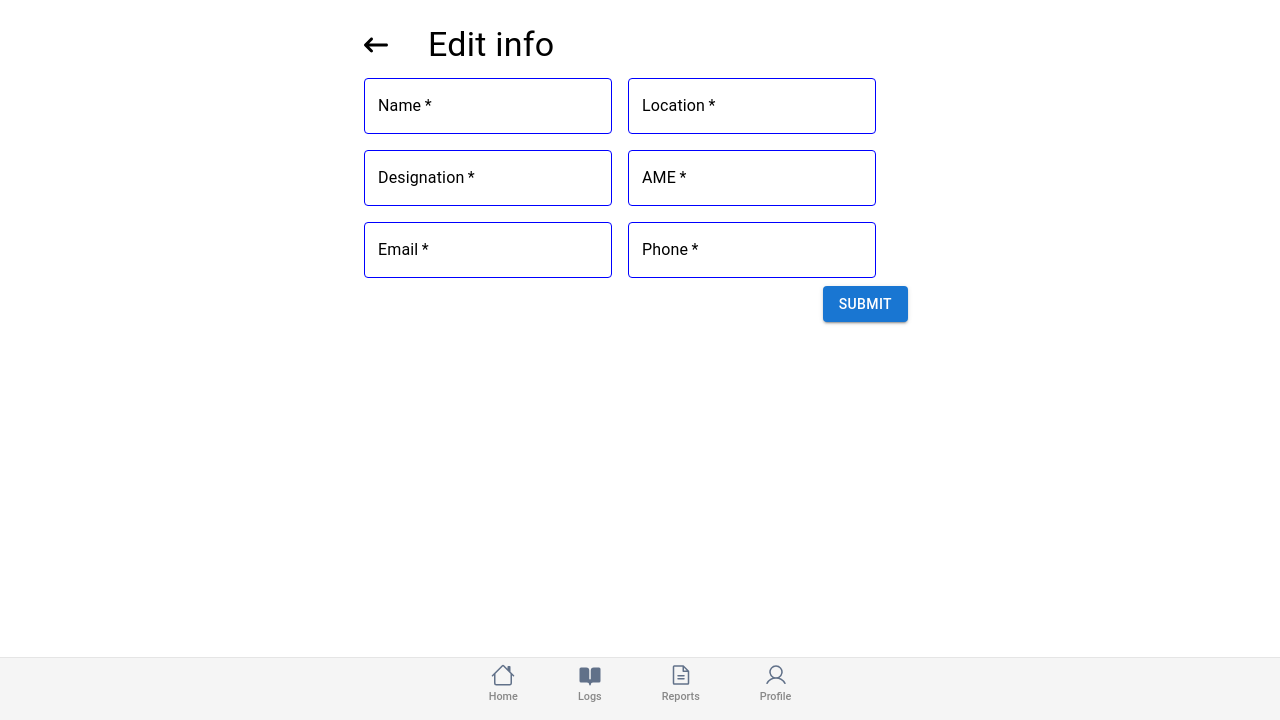
Repository: shash0708/GMR-Lines
Page: /signup (app in frontend/)
The author's editor kept a copy of each file at every save. The page is drawn from the files as they stood at one save, then again after a run of saves.
The browser window is 1280 px wide. The pictures show the whole page.
The page's requests for data from a server got no answer. Some web libraries are served in a nearby version. The project was rebuilt for these pictures with package versions that can differ from the ones it lists, and the page was loaded fresh each time. No one was signed in, and anything a server would have sent is missing. Also part of the build but not shown: frontend/src/components/Home/Car.css, frontend/src/components/Home/Car.jsx, frontend/src/components/hooks/useDocumentTitle.js, frontend/src/components/Home/Home.css, frontend/src/components/Home/Home.component.jsx, frontend/src/components/Form/Form.component.jsx, frontend/src/components/Profile/Profile.jsx, frontend/src/components/Card/Card.jsx and 11 more.

Above is the page before, as saved 2024-10-20 14:52:46.

### frontend/public/index.html
<!DOCTYPE html>
<html lang="en">
  <head>
    <meta charset="utf-8" />
    <link rel="icon" href="%PUBLIC_URL%/favicon.ico" />
    <meta name="viewport" content="width=device-width, initial-scale=1" />
    <meta name="theme-color" content="#000000" />
    <meta name="description" content="Web site created using create-react-app" />
    <link rel="apple-touch-icon" href="%PUBLIC_URL%/logo192.png" />
    <!--
      manifest.json provides metadata used when your web app is installed on a
      user's mobile device or desktop. See https://developers.google.com/web/fundamentals/web-app-manifest/
    -->
    <link rel="manifest" href="%PUBLIC_URL%/manifest.json" />
    <!--
      Notice the use of %PUBLIC_URL% in the tags above.
      It will be replaced with the URL of the `public` folder during the build.
      Only files inside the `public` folder can be referenced from the HTML.

      Unlike "/favicon.ico" or "favicon.ico", "%PUBLIC_URL%/favicon.ico" will
      work correctly both with client-side routing and a non-root public URL.
      Learn how to configure a non-root public URL by running `npm run build`.
    -->
    <link href="https://cdn.jsdelivr.net/npm/bootstrap@5.3.3/dist/css/bootstrap.min.css" rel="stylesheet" integrity="sha384-QWTKZyjpPEjISv5WaRU9OFeRpok6YctnYmDr5pNlyT2bRjXh0JMhjY6hW+ALEwIH" crossorigin="anonymous">
    <link rel="stylesheet" href="https://cdnjs.cloudflare.com/ajax/libs/font-awesome/6.0.0-beta3/css/all.min.css">

    <title>Log Book</title>
  </head>
  <script src="https://cdn.jsdelivr.net/npm/bootstrap@5.3.3/dist/js/bootstrap.bundle.min.js" integrity="sha384-YvpcrYf0tY3lHB60NNkmXc5s9fDVZLESaAA55NDzOxhy9GkcIdslK1eN7N6jIeHz" crossorigin="anonymous"></script>
  <script src="https://cdn.jsdelivr.net/npm/@popperjs/core@2.11.8/dist/umd/popper.min.js" integrity="sha384-I7E8VVD/ismYTF4hNIPjVp/Zjvgyol6VFvRkX/vR+Vc4jQkC+hVqc2pM8ODewa9r" crossorigin="anonymous"></script>
  <script src="https://cdn.jsdelivr.net/npm/bootstrap@5.3.3/dist/js/bootstrap.min.js" integrity="sha384-0pUGZvbkm6XF6gxjEnlmuGrJXVbNuzT9qBBavbLwCsOGabYfZo0T0to5eqruptLy" crossorigin="anonymous"></script>
  <script src="https://cdn.tailwindcss.com?plugins=forms,container-queries"></script>

  <body>
    <noscript>You need to enable JavaScript to run this app.</noscript>
    <div id="root"></div>
    <!--
      This HTML file is a template.
      If you open it directly in the browser, you will see an empty page.

      You can add webfonts, meta tags, or analytics to this file.
      The build step will place the bundled scripts into the <body> tag.

      To begin the development, run `npm start` or `yarn start`.
      To create a production bundle, use `npm run build` or `yarn build`.
    -->
  </body>
</html>

### frontend/src/index.js
import React from 'react';
import ReactDOM from 'react-dom/client';
import './index.css';
import App from './App';
import * as serviceWorkerRegistration from './serviceWorkerRegistration';
import reportWebVitals from './reportWebVitals';
import { ThemeProvider, createTheme } from '@mui/material/styles';

const root = ReactDOM.createRoot(document.getElementById('root'));
const theme = createTheme({
  palette: {
    primary: {
      main: '#1976d2',
    },
    secondary: {
      main: '#dc004e',
    },
  },
});
root.render(
  <React.StrictMode>
      <ThemeProvider theme={theme}>

    <App />
    </ThemeProvider>
  </React.StrictMode>
);

// If you want your app to work offline and load faster, you can change
// unregister() to register() below. Note this comes with some pitfalls.
// Learn more about service workers: https://cra.link/PWA
serviceWorkerRegistration.unregister();

// If you want to start measuring performance in your app, pass a function
// to log results (for example: reportWebVitals(console.log))
// or send to an analytics endpoint. Learn more: https://bit.ly/CRA-vitals
reportWebVitals();

### frontend/src/App.js
import './App.css';
import { useState,useEffect } from 'react';
import { BrowserRouter as Router, Route, Routes } from 'react-router-dom';
import 'primereact/resources/themes/saga-blue/theme.css';
import 'primereact/resources/primereact.min.css';
import { PrimeReactProvider } from 'primereact/api';
import Home from '../src/components/Home/Home.component';
import Form from './components/Form/Form.component';
import { ToastContainer } from 'react-toastify';
import 'react-toastify/dist/ReactToastify.css';
import Profile from './components/Profile/Profile.jsx'
import Cards from './components/Card/Card.component';
import Data from './components/Data/Data.component';
import Navbar from './components/Header/Header.component';
import EditProfile from './components/ProfileEdit/ProEdit.jsx';
import Login from './components/Login/Login.component';
import Signup from './components/SignUp/Signup.component';
import PdfComponent from './components/Pdf/PdfComponent';
import { LogsProvider } from './context/LogContext';
import Footer from './components/Footer/Footer.component';
import { useLocation } from 'react-router-dom';
import Logup from './components/Update/Update.jsx'
const App = () => {
  return (
    <LogsProvider>
      <PrimeReactProvider>
        <Router>
          <Content />
          <ToastContainer /> {/* Place this once in your app */}

        </Router>
      </PrimeReactProvider>
    </LogsProvider>
  );
};

const Content = () => {
  const location = useLocation();
  var [showFooter, setShowFooter] = useState(false);

  // Check if the current path is "/form"
  // showFooter = location.pathname !== "/form" ;
  // showFooter = location.pathname !== "/log/:id";



  // const [showFooter, setShowFooter] = useState(true);

  useEffect(() => {
    // Hide the footer for specific paths
    const hideFooterPaths = ["/form", "/log"];

    // Check if the current path matches any path where the footer should be hidden
    const shouldShowFooter = !hideFooterPaths.some((path) =>
      location.pathname.startsWith(path)
    );

    setShowFooter(shouldShowFooter);
  }, [location.pathname]);


  // This function will check the scroll position
  // const handleScroll = () => {
  //   // Show the footer if the user scrolls down more than 100px
  //   if (window.scrollY > 100) {
  //     setShowFooter(true);
  //   } else {
  //     setShowFooter(false);
  //   }
  // };

  // useEffect(() => {
  //   // Add the scroll event listener when the component mounts
  //   window.addEventListener('scroll', handleScroll);

  //   // Cleanup the event listener when the component unmounts
  //   return () => {
  //     window.removeEventListener('scroll', handleScroll);
  //   };
  // }, []); // Empty dependency array ensures this runs only once when the component mounts


  return (
    <>
      <Routes>
        {/* <Navbar/> */}
        <Route path="/" element={<Home />} />
        <Route path='/login' element={<Login />} />
        <Route path='/signup' element={<Signup />} />
        <Route path="/form" element={<Form />} />
        <Route path="/past-records" element={<Cards />} />
        {/* <Route path="/log/:id" element={<Data />} /> */}
        <Route path="/pdf" element={<PdfComponent />} />
        <Route path="/log/:id"   element={<Logup/>}/>
        <Route path="/profile"  element={<Profile/>}/>
        <Route path="/edit" element={<EditProfile/>}/>
      </Routes>
      {showFooter && <Footer />} {/* Conditionally render the footer */}
    </>
  );
};

export default App;

### frontend/src/App.css
body {
    font-family: 'Roboto', sans-serif;

    background-color: white ;
    background-size: cover;
    min-height: 100vh;

  }

### frontend/src/components/SignUp/Signup.component.jsx
import React, { useState } from 'react';
import axios from 'axios';
import {
  TextField,
  MenuItem,
  Select,
  InputLabel,
  FormControl,
  Button,
  Container,
  Typography,
  Grid,
  DialogActions,
} from '@mui/material';
import { FaArrowLeftLong } from 'react-icons/fa6';
import { useNavigate } from 'react-router-dom';
import { toast } from 'react-toastify';

const Signup = () => {
  const [formState, setFormState] = useState({
    Name: '',
    Location: '',
    Designation: '',
    AME: '',
    Email: '',
    Phone: '',
  });
  const navigate = useNavigate();
  const URL = 'your_api_url_here'; // Replace with your API URL

  // Handle input change
  const handleInputChange = (e) => {
    const { name, value } = e.target;
    setFormState((prevState) => ({ ...prevState, [name]: value }));
  };

  // Function to create a user and store AME in localStorage
  const handleCreateUser = async () => {
    try {
      const response = await axios.post(`${URL}/api/createuser`, formState, {
        headers: {
          'Content-Type': 'application/json',
        },
      });

      // Assuming the response contains the AME in the response data
      const { AME } = response.data;

      // Store AME in localStorage
      localStorage.setItem('AME', AME);

      toast.success('User created successfully!');
      navigate('/profile'); // Redirect to profile or another page after creation
    } catch (error) {
      toast.error('Error creating user');
      console.error('Error creating user:', error);
    }
  };

  return (
    <Container
      maxWidth="sm"
      sx={{
        backgroundColor: 'white',
        padding: 3,
        borderRadius: 2,
        boxShadow: 'none',
      }}
    >
      <Typography
        variant="h4"
        gutterBottom
        sx={{
          color: 'Black',
          textAlign: 'center',
          display: 'flex',
          alignItems: 'center',
          gap: '40px',
        }}
      >
        <FaArrowLeftLong
          style={{ fontSize: '24px' }}
          onClick={() => window.history.back()}
        />
        Edit info
      </Typography>
      <form>
        <Grid container spacing={2}>
          {Object.keys(formState)
            .filter((field) => !['Id', 'createdAt', 'updatedAt', '__v'].includes(field)) // Filter out unwanted fields
            .map((field) =>
              field === 'TOM' || field === 'CPU' ? (
                <Grid item xs={12} key={field}>
                  <FormControl fullWidth>
                    <InputLabel
                      id={`${field}-label`}
                      sx={{ color: 'Black' }}
                    >
                      {field}
                    </InputLabel>
                    <Select
                      labelId={`${field}-label`}
                      id={field}
                      name={field}
                      value={formState[field] || ''} // Ensure the value is set, defaulting to an empty string
                      onChange={handleInputChange}
                      required
                      sx={{
                        '& .MuiSelect-select': {
                          color: 'black',
                          backgroundColor: 'white',
                        },
                        '& .MuiOutlinedInput-notchedOutline': {
                          borderColor: 'blue',
                        },
                        '& .MuiSelect-icon': { color: 'white' },
                        '& .MuiFormLabel-root.Mui-focused': {
                          color: 'white',
                        },
                        '& .MuiOutlinedInput-root.Mui-focused .MuiOutlinedInput-notchedOutline':
                          {
                            borderColor: 'blue',
                          },
                      }}
                    ></Select>
                  </FormControl>
                </Grid>
              ) : (
                <Grid item xs={12} key={field}>
                  <TextField
                    fullWidth
                    label={field}
                    id={field}
                    name={field}
                    value={formState[field] || ''} // Ensure value defaults to empty string to avoid uncontrolled component issues
                    onChange={handleInputChange}
                    required={field !== 'OP'}
                    multiline={field === 'CPU' || field === 'OP'}
                    rows={field === 'CPU' || field === 'OP' ? 4 : 1}
                    sx={{
                      '& .MuiInputBase-root': { color: 'Black' },
                      '& .MuiInputBase-input': { color: 'Black' },
                      '& .MuiFormLabel-root': { color: 'Black' },
                      '& .MuiOutlinedInput-root': {
                        '& fieldset': { borderColor: 'blue' },
                        '&:hover fieldset': { borderColor: 'Black' },
                        '&.Mui-focused fieldset': { borderColor: 'Black' },
                      },
                    }}
                  />
                </Grid>
              )
            )}
        </Grid>
        <DialogActions>
          <Button
            onClick={handleCreateUser}
            color="primary"
            variant="contained"
          >
            Submit
          </Button>
        </DialogActions>
      </form>
    </Container>
  );
};

export default Signup;

### frontend/src/context/LogContext.js
// LogsContext.js
import React, { createContext, useState, useEffect } from 'react';
import axios from 'axios';
import URL from '../components/config';
const LogsContext = createContext();

export const LogsProvider = ({ children }) => {
  const [logs, setLogs] = useState([]);
  const [filteredLogs, setFilteredLogs] = useState([]);
  const [searchTerm, setSearchTerm] = useState('');
  const [selectedLogs, setSelectedLogs] = useState([]);

  useEffect(() => {
    const fetchLogs = async () => {
      try {
        const response = await axios.get(`${URL}/getlogs/entries`, {
          headers: {
            'auth-token': localStorage.getItem('token'),
          },
        });

        setLogs(response.data);
        setFilteredLogs(response.data);
      } catch (error) {
        console.error('Error fetching logs:', error);
      }
    };
    fetchLogs();
  }, []);

  useEffect(() => {
    const handleSearch = () => {
      const lowerCaseSearchTerm = searchTerm.toLowerCase();
      const filtered = logs.filter((log) => {
        const logId = String(log.Toa);
        return logId.toLowerCase().includes(lowerCaseSearchTerm);
      });
      setFilteredLogs(filtered);
    };

    handleSearch();
  }, [searchTerm, logs]);

  const handleSelect = (log) => {
    setSelectedLogs((prev) => {
      const isSelected = prev.includes(log);
      if (isSelected) {
        return prev.filter((selectedLog) => selectedLog !== log);
      }

      if (prev.length >= 7) {
        return prev;
      }

      return [...prev, log];
    });
  };

  return (
    <LogsContext.Provider
      value={{
        logs,
        filteredLogs,
        searchTerm,
        setSearchTerm,
        selectedLogs,
        handleSelect,
        setFilteredLogs,
      }}
    >
      {children}
    </LogsContext.Provider>
  );
};

export default LogsContext;

### frontend/src/components/Footer/Footer.component.jsx
import React from 'react';
import { NavLink } from 'react-router-dom';  // Import NavLink from react-router-dom
import './Footer.css';

const Footer = () => {
  return (
    <footer className="footer">
      {/* Navigation Links Section */}
      <div className="nav-container">

        {/* Home Link */}
        <NavLink
          className="nav-link"
          to="/"
          activeClassName="active"
          exact
        >
         <svg xmlns="http://www.w3.org/2000/svg" width="16" height="16" fill="currentColor" class="bi bi-house" viewBox="0 0 16 16">
  <path d="M8.707 1.5a1 1 0 0 0-1.414 0L.646 8.146a.5.5 0 0 0 .708.708L2 8.207V13.5A1.5 1.5 0 0 0 3.5 15h9a1.5 1.5 0 0 0 1.5-1.5V8.207l.646.647a.5.5 0 0 0 .708-.708L13 5.793V2.5a.5.5 0 0 0-.5-.5h-1a.5.5 0 0 0-.5.5v1.293zM13 7.207V13.5a.5.5 0 0 1-.5.5h-9a.5.5 0 0 1-.5-.5V7.207l5-5z"/>
</svg>
          <p>Home</p>
        </NavLink>

        {/* Logs Link */}
        <NavLink
          className="nav-link"
          to="/past-records"
          activeClassName="active"
        >
          <svg xmlns="http://www.w3.org/2000/svg" viewBox="0 0 256 256">
            <path d="M240,64V192a16,16,0,0,1-16,16H160a24,24,0,0,0-24,24,8,8,0,0,1-16,0,24,24,0,0,0-24-24H32a16,16,0,0,1-16-16V64A16,16,0,0,1,32,48H88a32,32,0,0,1,32,32v88a8,8,0,0,0,16,0V80a32,32,0,0,1,32-32h56A16,16,0,0,1,240,64Z" />
          </svg>
          <p>Logs</p>
        </NavLink>

        {/* Reports Link */}
        <NavLink
          className="nav-link"
          to="/reports"
          activeClassName="active"
        >
          <svg xmlns="http://www.w3.org/2000/svg" viewBox="0 0 256 256">
            <path d="M213.66,82.34l-56-56A8,8,0,0,0,152,24H56A16,16,0,0,0,40,40V216a16,16,0,0,0,16,16H200a16,16,0,0,0,16-16V88A8,8,0,0,0,213.66,82.34ZM160,51.31,188.69,80H160ZM200,216H56V40h88V88a8,8,0,0,0,8,8h48V216Zm-32-80a8,8,0,0,1-8,8H96a8,8,0,0,1,0-16h64A8,8,0,0,1,168,136Zm0,32a8,8,0,0,1-8,8H96a8,8,0,0,1,0-16h64A8,8,0,0,1,168,168Z" />
          </svg>
          <p>Reports</p>
        </NavLink>

        {/* Profile Link */}
        <NavLink
          className="nav-link"
          to="/profile"
          activeClassName="active"
        >
          <svg xmlns="http://www.w3.org/2000/svg" viewBox="0 0 256 256">
            <path d="M230.92,212c-15.23-26.33-38.7-45.21-66.09-54.16a72,72,0,1,0-73.66,0C63.78,166.78,40.31,185.66,25.08,212a8,8,0,1,0,13.85,8c18.84-32.56,52.14-52,89.07-52s70.23,19.44,89.07,52a8,8,0,1,0,13.85-8ZM72,96a56,56,0,1,1,56,56A56.06,56.06,0,0,1,72,96Z" />
          </svg>
          <p>Profile</p>
        </NavLink>

      </div>
    </footer>
  );
};

export default Footer;

### frontend/src/components/config.js
// src/config.js
const URL = " http://localhost:5000";

export default URL;

// `${URL}

### frontend/src/components/Profile/Profile.css
.Profile{
    font-family: Arial, sans-serif;
    /* background-color: #ffffff; */
    position: absolute;
    top: 40px;
    left: 10px;
    margin-top:0px;
    font-weight: 200px;

    font-size: 20px;

    color:black;
    height: auto;

}

.settings{
    position: absolute;
    left:310px
}
.babes {
    font-family: Arial, sans-serif;
    /* background-color: #ffffff; */
    margin-top:20px;
    height: auto;
    overflow-y: auto; /* Enable vertical scrolling if content overflows */

    display: flex;
    justify-content: center;
    align-items: center;
  }

  .profile-container {
    background-color: white;
    border-radius: 10px;
    margin-top: 50px;
    /* box-shadow: 0 4px 8px rgba(0, 0, 0, 0.1); */
    width: 100%;
    height:100vh;

    padding: 20px;
  }

  .profile-header {
    text-align: center;
    margin-bottom: 20px;
  }

  .profile-image {
    width: 100px;
    height: 100px;
    display: flex;
    align-items:center;
    justify-content: center;
    position:relative;
    margin-left: 110px;
    border-radius: 50%;
    object-fit: cover;
  }

  h1 {
    font-size: 1.5em;
    margin: 10px 0;
  }

  p {
    color: #888;
    font-size: 0.9em;
  }

  .edit-button {
    background-color: #d1cdcd;
    border: none;
    padding: 10px 20px;
    border-radius: 10px;
    cursor: pointer;
    margin-top: 10px;
    width:100%;
    font-weight: bold;
  }

  .edit-button:hover {
    background-color: #e0e0e0;
  }

  .profile-options {
    /* border-top: 3px solid #ddd; */
    padding-top: 10px;
    height:30vh;
  }

  .profile-option {
    display: flex;
    justify-content: space-between;
    padding: 10px 0;
    border:2px ;
    cursor: pointer;

    border-bottom: 1px solid #ddd;
    align-items: center;
    /* border-bottom: 1px solid #ddd; */
  }

  .profile-option:last-child {
    border-bottom: none;
  }

  .profile-option:hover {
    background-color: #f9f9f9;


  }
  .collapse-content {
    padding: 10px;
    border-left: 2px solid #ddd;
    margin-left: 10px;
    font-size: 0.9em;
    color: #555;
    overflow: auto; /* Allow scrolling if content is too long */
    max-height: 400px; /* Optional: Limit height before scrolling */
    transition: max-height 0.3s ease; /* Smooth transition when collapsing/expanding */
}

  .option-header {
    display: flex;
    justify-content: space-between;
    align-items: center;
    padding: 10px; /* Add some padding for better spacing */

  }
  .option-text {
    margin-right: 10px; /* Adjust this value to control the space */
    flex-grow: 1; /* Make the text take up available space */
  }
  /* Arrow styling */
  .arrow {
    margin-left: auto; /* Push the arrow to the extreme right */

    transition: transform 0.3s ease;
  }

  .arrow.up {
    transform: rotate(180deg); /* Rotate the arrow upside-down */
  }

  .arrow.down {
    transform: rotate(0deg); /* Default state with down arrow */
  }

### frontend/src/components/Footer/Footer.css
/* Footer Styles */
.footer {
    background-color: #f5f5f5;
    color: #111418;
    position: fixed;
    bottom: 0;
    left: 0;
    right: 0;
    width: 100%;
  }

  /* Container for the navigation links */
  .footer .nav-container {
    display: flex;
    justify-content: center;
    gap: 60px;
    border-top: 1px solid #e5e5e5;
    padding-top: 5px;
    padding-bottom: 5px;
    margin-bottom: 10px;
}
  /* Individual navigation links */
  .footer a {
    display: flex;
    flex-direction: column;
    align-items: center;
    gap: 2px;
    color: #617189;
    text-decoration: none;
    font-size: 12px;
    font-weight: 500;
  }

  .footer a.active {
    color: #111418;
  }

  /* Icon size adjustment */
  .footer svg {
    width: 24px;
    height: 24px;
    fill: currentColor;
  }


  /* Style for the footer links */
.nav-link {
    color:black; /* Default color */
  }

  /* Active state styling */
  .nav-link.active {
    color: white;  /* Highlight color when active */
  }

### frontend/tailwind.config.js
/** @type {import('tailwindcss').Config} */
module.exports = {
  content: [
    "./src/**/*.{js,ts,jsx,tsx}",  // Adjust the paths as needed
    "./public/**/*.html",           // Include HTML files if used
  ],
  theme: {
    extend: {
      // Custom theme extensions go here
      colors: {
        primary: '#ff6347',  // Example custom color
      },
      fontFamily: {
        sans: ['Helvetica', 'Arial', 'sans-serif'],
      },
    },
  },
  plugins: [
    // Add any Tailwind CSS plugins here
  ],
};


module.exports ={
  "compilerOptions": {
    "baseUrl": ".",
    "paths": {
      "@/*": ["src/*"]
    }
  }
}

Loaded but not shown: frontend/src/index.css (common file); frontend/src/reportWebVitals.js (common file); frontend/src/serviceWorkerRegistration.js (137 lines, source omitted); frontend/src/components/Data/Data.css (no stored copy; drawn as an empty file)

After the next 2 saves:
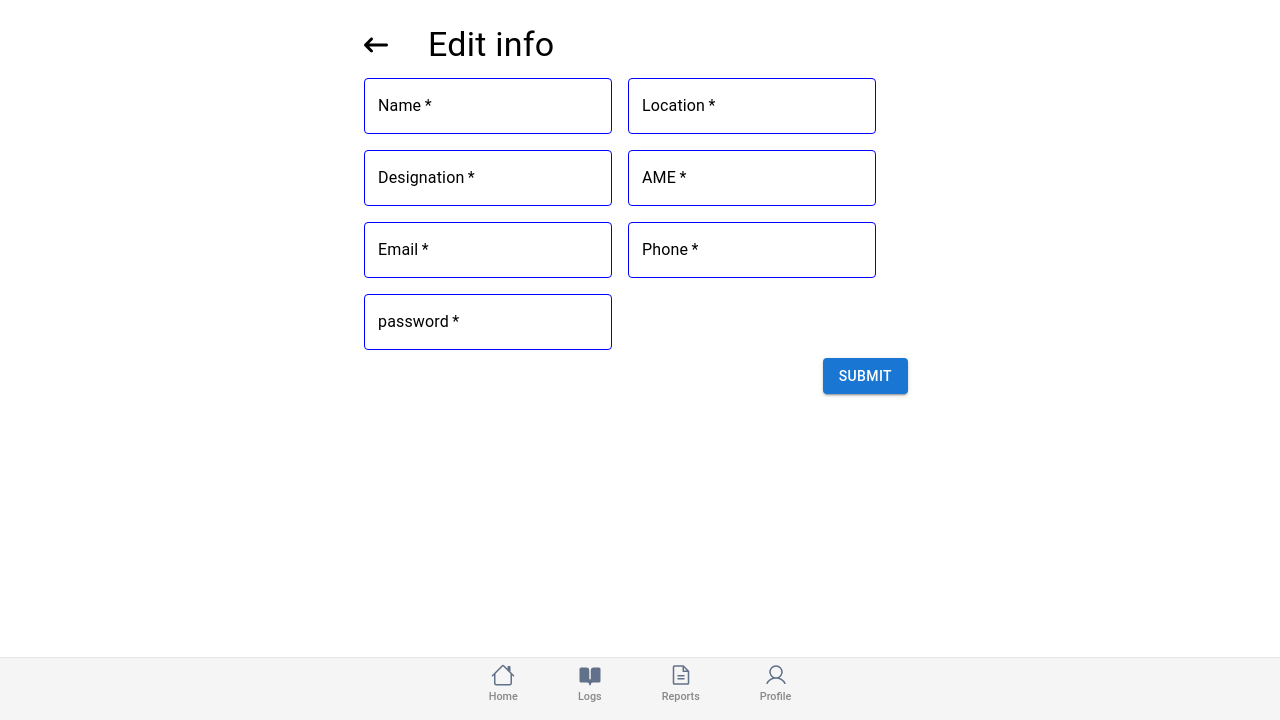
The 2 saves are shown as one change because they came seconds apart.
The last was saved 32 s later.
--- a/frontend/src/components/SignUp/Signup.component.jsx
+++ b/frontend/src/components/SignUp/Signup.component.jsx
@@ -24,6 +24,8 @@ const Signup = () => {
     AME: '',
     Email: '',
     Phone: '',
+    password:'',
+
   });
   const navigate = useNavigate();
   const URL = 'your_api_url_here'; // Replace with your API URL
